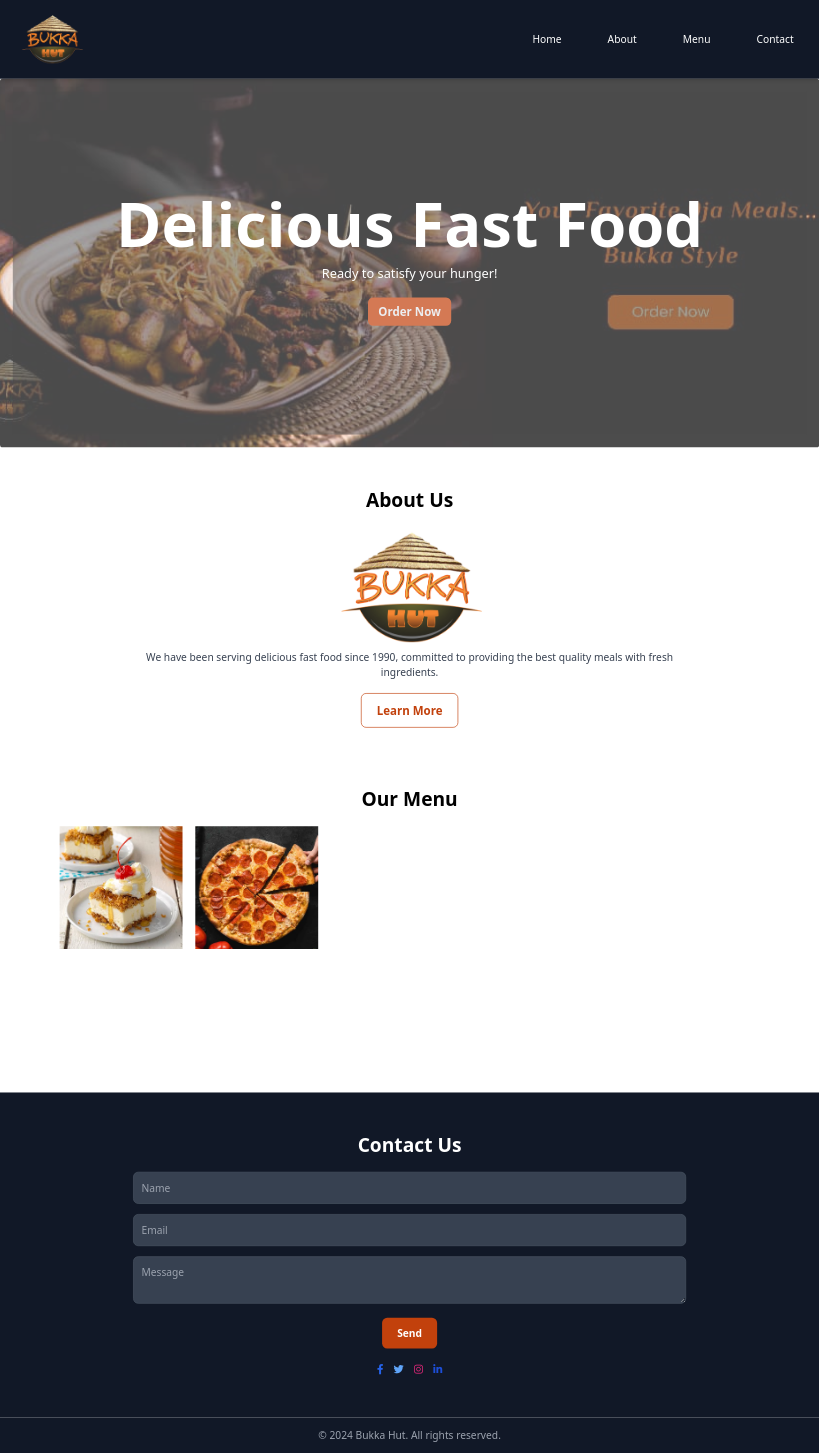
Repository: countaustin1990/BUKKAHUT
Page: INDEX.HTML
The author's editor kept a copy of each file at every save. The page is drawn from the files as they stood at one save, then again after the next save.
The browser window is 1280 px wide. The pictures show the whole page, at 64% of full size.
Some web libraries are served in a nearby version.

Above is the page before, as saved 2024-08-24 15:27:48.
Console error: TypeError: Cannot read properties of null (reading 'addEventListener')

### INDEX.HTML
<!DOCTYPE html>
<html lang="en">
<head>
    <meta charset="UTF-8">
    <meta name="viewport" content="width=device-width, initial-scale=1.0">
    <title>Fast Food Restaurant</title>
    <link rel="stylesheet" href="style.css"/>
    <script src="https://cdn.tailwindcss.com"></script>
    <link rel="stylesheet" href="https://cdnjs.cloudflare.com/ajax/libs/font-awesome/6.0.0-beta3/css/all.min.css">
        <style>
        @keyframes scroll {
            0% {
                transform: translateX(0);
            }
            100% {
                transform: translateX(-100%);
            }
        }

        .animate-scroll {
            display: inline-flex;
            animation: scroll 10s linear infinite;
        }
    </style>
</head>
<body class="font-sans antialiased">
      <!-- Back to Top Button -->
    <button id="backToTop" class="fixed bottom-8 right-8 text-bold bg-orange-700 text-gray-800 p-4 rounded-full shadow-lg hover:bg-orange-600 transition-transform transform hover:scale-110 mb-3">
        <svg xmlns="http://www.w3.org/2000/svg" class="h-6 w-6 text-gray-800 mx-auto" fill="none" viewBox="0 0 24 24" stroke="currentColor" stroke-width="2">
            <path stroke-linecap="round" stroke-linejoin="round" d="M5 10l7-7m0 0l7 7m-7-7v18" />
        </svg> <!-- Upward arrow character -->
    </button>


    <!-- Navigation -->
  <nav class="shadow-md bg-gray-900">
    <div class="container mx-auto px-4 py-2 flex items-center justify-between">
      <div class="text-2xl font-bold text-blue-600">
        <a href="#" class="flex flex-col lg:flex-row items-center lg:space-x-8 p-4">
          <img src="Logo-r.png" alt="Bukka Hut" width="100">
          </a>
      </div>
      <div class="hidden md:flex space-x-6">
        <a href="#" class="text-white hover:bg-orange-600 py-4 px-6 rounded-lg ">Home</a>
        <a href="#" class="text-white hover:bg-orange-600 py-4 px-6 rounded-lg ">About</a>
        <a href="#" class="text-white hover:bg-orange-600 py-4 px-6 rounded-lg ">Menu</a>
        <a href="#" class="text-white hover:bg-orange-600 py-4 px-6 rounded-lg ">Contact</a>
      </div>
      <div class="md:hidden">
        <button id="menu-button" class="text-white focus:outline-none">
          <svg xmlns="http://www.w3.org/2000/svg" fill="none" viewBox="0 0 24 24" stroke="currentColor" class="w-6 h-6">
            <path stroke-linecap="round" stroke-linejoin="round" stroke-width="2" d="M4 6h16M4 12h16M4 18h16" />
          </svg>
        </button>
      </div>
    </div>

    <!-- Mobile Menu -->
    <div id="mobile-menu" class="hidden md:hidden bg-gray-900 shadow-md">
      <a href="#" class="block px-4 py-2 text-white hover:bg-orange-600">Home</a>
      <a href="#" class="block px-4 py-2 text-white hover:bg-orange-600">About</a>
      <a href="#" class="block px-4 py-2 text-white hover:bg-orange-600">Menu</a>
      <a href="#" class="block px-4 py-2 text-white hover:bg-orange-600">Contact</a>
    </div>
  </nav>
    <!-- Hero Section -->
    <header id="home" class="bg-cover bg-center h-full p-5 rounded opacity-70 bg-blue-800 mt5" style="background-image: url('Hero.jpg');">
        <div class="flex flex-col items-center justify-center h-full bg-black bg-opacity-50 text-center text-white w-full">
            <h1 class="text-8xl font-bold mb-4">Delicious Fast Food</h1>
            <p class="text-xl mb-6">Ready to satisfy your hunger!</p>
            <a href="#order" class="bg-orange-700 hover:bg-orange-600 text-gray-200 font-semibold py-2 px-4 rounded-lg text-lg mb-3">Order Now</a>
        </div>
    </header>


        <!-- About Us Section -->
    <section id="about" class="py-16 bg-white">
      <div class="max-w-4xl mx-auto text-center px-4">
        <h2 class="text-3xl font-bold mb-6">About Us</h2>
        <img src="Logo.png" alt="Logo" class="inline-block h-48 mx-2">
        <p class="text-gray-700 mb-5">We have been serving delicious fast food since 1990, committed to providing the best quality meals with fresh ingredients.</p>
        <button class="py-3 px-6 rounded-lg border border-orange-700 text-orange-700 hover:bg-orange-600 hover:text-white rounded font-semibold text-lg">
  Learn More
</button>
      </div>
    </section>
                <!-- Repeat similar structure for other menu items
            </div>
            </section>
            <div class="overflow-x-auto whitespace-nowrap py-4 px-6 bg-white mt-5 container">
              <h2 class="text-3xl text-center font-bold mb-6">Our Menu</h2>
              <div--- class="animate-scroll">
                <a href="Menu.html">
                <img src="burger.jpg" alt="Burger" class="inline-block h-48 mx-2">
                <img src="fries.jpg" alt="Fries" class="inline-block h-48 mx-2">
                <img src="drink.jpg" alt="Drink" class="inline-block h-48 mx-2">
                <img src="dessert.jpg" alt="Dessert" class="inline-block h-48 mx-2">
                <img src="pizza.jpg" alt="Pizza" class="inline-block h-48 mx-2">
                </a>
                 Repeat images as needed to fill the scroll area

            </div--->



<section class="flex justify-center items-center min-h-screen p-5">
  <div class="overflow-x-auto whitespace-nowrap py-4 px-6 bg-white mt-5 container mx-auto">
    <h2 class="text-3xl text-center font-bold mb-6">Our Menu</h2>
    <div class="animate-scroll">
      <a href="Menu.html">
        <img src="burger.jpg" alt="Burger" class="inline-block h-48 mx-2">
        <img src="fries.jpg" alt="Fries" class="inline-block h-48 mx-2">
        <img src="drink.jpg" alt="Drink" class="inline-block h-48 mx-2">
        <img src="dessert.jpg" alt="Dessert" class="inline-block h-48 mx-2">
        <img src="pizza.jpg" alt="Pizza" class="inline-block h-48 mx-2">
      </a>
      <!-- Repeat images as needed to fill the scroll area -->
    </div>
  </div>
</section>



    <!-- Contact Section -->
    <section id="contact" class="py-16 bg-gray-900 text-white">
        <div class="max-w-4xl mx-auto text-center px-4">
            <h2 class="text-3xl font-bold mb-6">Contact Us</h2>
            <form class="space-y-4">
                <input type="text" placeholder="Name" required class="w-full p-3 rounded-lg bg-gray-700 border border-gray-600 focus:outline-none focus:ring-2 focus:ring-yellow-500">
                <input type="email" placeholder="Email" required class="w-full p-3 rounded-lg bg-gray-700 border border-gray-600 focus:outline-none focus:ring-2 focus:ring-yellow-500">
                <textarea placeholder="Message" required class="w-full p-3 rounded-lg bg-gray-700 border border-gray-600 focus:outline-none focus:ring-2 focus:ring-yellow-500"></textarea>
                <button type="submit" class="bg-orange-700 hover:bg-orange-600 text-white py-3 px-6 rounded-lg font-semibold">Send</button>
            </form>
        </div>
        <div class="flex justify-center space-x-4 mt-5 font-bold">
  <a href="https://facebook.com" class="text-blue-600 hover:text-blue-800">
    <i class="fab fa-facebook-f text-2x1"></i>
  </a>
  <a href="https://twitter.com" class="text-blue-400 hover:text-blue-600">
    <i class="fab fa-twitter text-2x1"></i>
  </a>
  <a href="https://instagram.com" class="text-pink-600 hover:text-pink-800">
    <i class="fab fa-instagram text-2x1"></i>
  </a>
  <a href="https://linkedin.com" class="text-blue-700 hover:text-blue-900">
    <i class="fab fa-linkedin-in text-2x1"></i>
  </a>
</div>
    </section>

    <!-- Footer -->
    <footer class="bg-gray-900 text-center text-gray-400 py-4">
        <p>&copy; 2024 Bukka Hut. All rights reserved.</p>
    </footer>

 <script src="main.js"></script>
</body>
</html>

### style.css
/*CSS*/

#backToTop {
  z-index: 1000;
}

#home {
    height: 80svh;
}

#about {
    height: 40svh;
}

### main.js
const menuButton = document.getElementById('menu-button');
const mobileMenu = document.getElementById('mobile-menu');

menuButton.addEventListener('click', () => {
  mobileMenu.classList.toggle('hidden');
});

// Animate the scroll
const scrollContainer = document.querySelector('.animate-scroll');

function startScrolling() {
  const width = scrollContainer.scrollWidth;
  scrollContainer.style.animation = `scroll ${width / 100}s linear infinite`;
}

// Start the scroll animation once the DOM is fully loaded
window.addEventListener('load', startScrolling);

document.addEventListener("DOMContentLoaded", function() {
  function toggleText(buttonId, textId) {
    const button = document.getElementById(buttonId);
    const text = document.getElementById(textId);
    button.addEventListener("click", function(event) {
      event.preventDefault();
      if (text.classList.contains("hidden")) {
        text.classList.remove("hidden");
        button.textContent = "Read Less";
      } else {
        text.classList.add("hidden");
        button.textContent = "Read More";
      }
    });
  }

  toggleText("toggleButton4", "moreText4");
  toggleText("toggleButton1", "moreText1");
  toggleText("toggleButton2", "moreText2");
  toggleText("toggleButton3", "moreText3");
});


// JavaScript to handle "Back to Top" button visibility and functionality
const backToTopButton = document.getElementById('backToTop');

// Show button when scrolled down 100px from the top
window.addEventListener('scroll', () => {
  if (window.scrollY > 100) {
    backToTopButton.classList.remove('hidden');
  } else {
    backToTopButton.classList.add('hidden');
  }
});

// Smooth scroll to top when button is clicked
backToTopButton.addEventListener('click', () => {
  window.scrollTo({
    top: 0,
    behavior: 'smooth'
  });
});

After the next save:
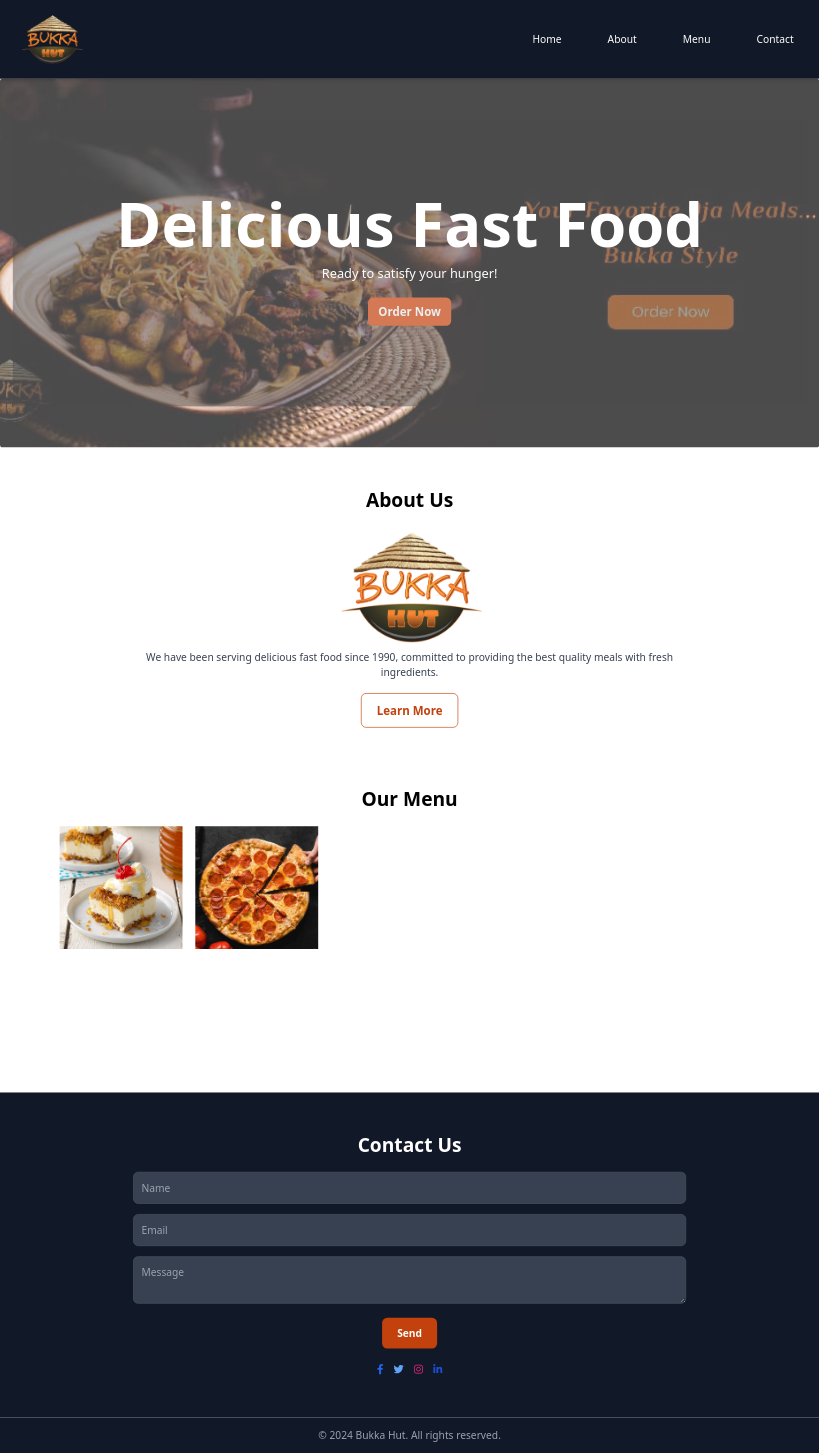
Saved 39 s later.
--- a/INDEX.HTML
+++ b/INDEX.HTML
@@ -64,7 +64,7 @@
     </div>
   </nav>
     <!-- Hero Section -->
-    <header id="home" class="bg-cover bg-center h-full p-5 rounded opacity-70 bg-blue-800 mt5" style="background-image: url('Hero.jpg');">
+    <header id="home" class="bg-cover bg-center h-full px-5 py-16 rounded opacity-70 bg-blue-800 mt5" style="background-image: url('Hero.jpg');">
         <div class="flex flex-col items-center justify-center h-full bg-black bg-opacity-50 text-center text-white w-full">
             <h1 class="text-8xl font-bold mb-4">Delicious Fast Food</h1>
             <p class="text-xl mb-6">Ready to satisfy your hunger!</p>

After the save that followed:
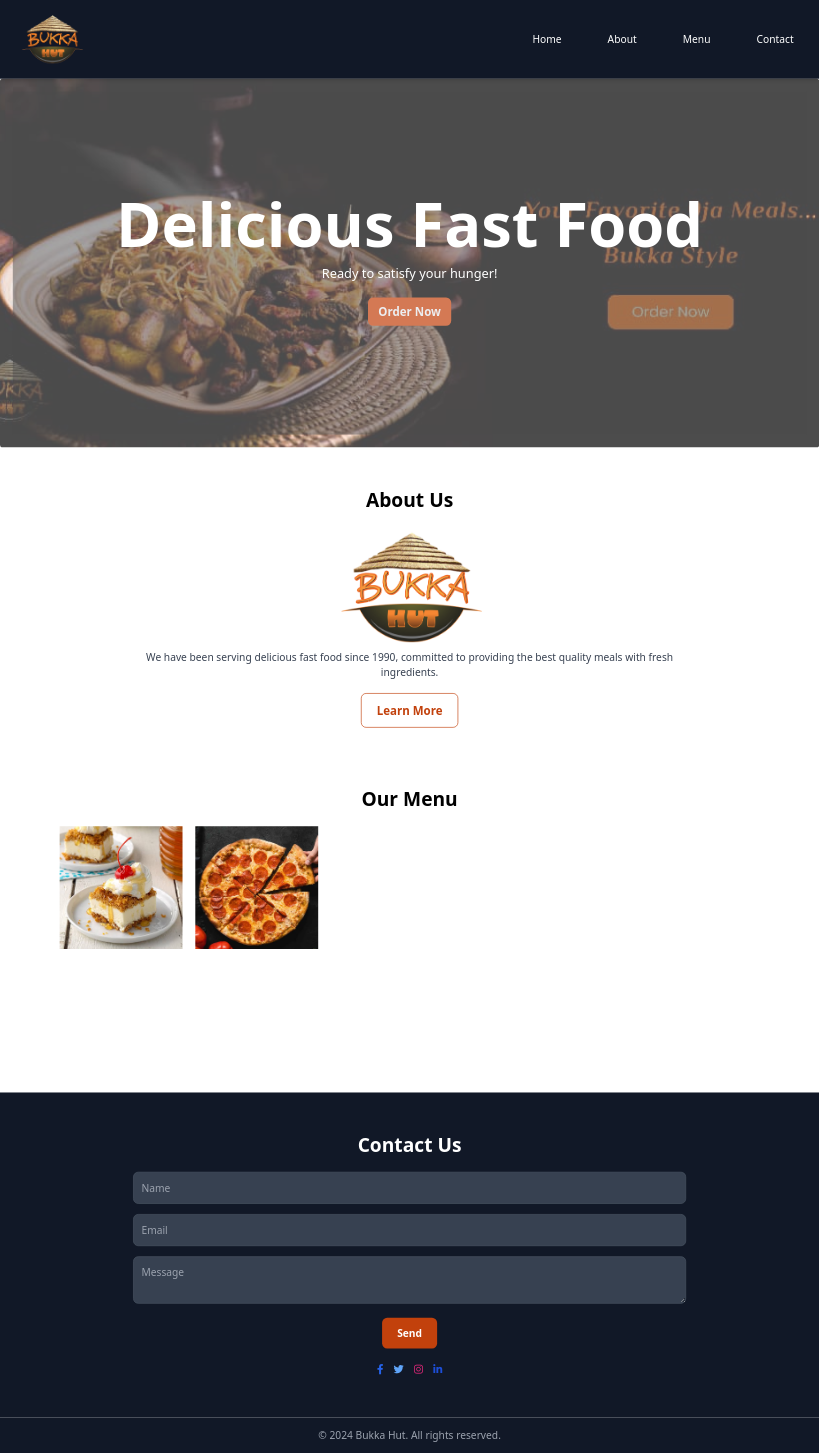
Saved 16 s later.
--- a/INDEX.HTML
+++ b/INDEX.HTML
@@ -64,7 +64,7 @@
     </div>
   </nav>
     <!-- Hero Section -->
-    <header id="home" class="bg-cover bg-center h-full px-5 py-16 rounded opacity-70 bg-blue-800 mt5" style="background-image: url('Hero.jpg');">
+    <header id="home" class="bg-cover bg-center h-full px-5 py-5 rounded opacity-70 bg-blue-800 mt5" style="background-image: url('Hero.jpg');">
         <div class="flex flex-col items-center justify-center h-full bg-black bg-opacity-50 text-center text-white w-full">
             <h1 class="text-8xl font-bold mb-4">Delicious Fast Food</h1>
             <p class="text-xl mb-6">Ready to satisfy your hunger!</p>
